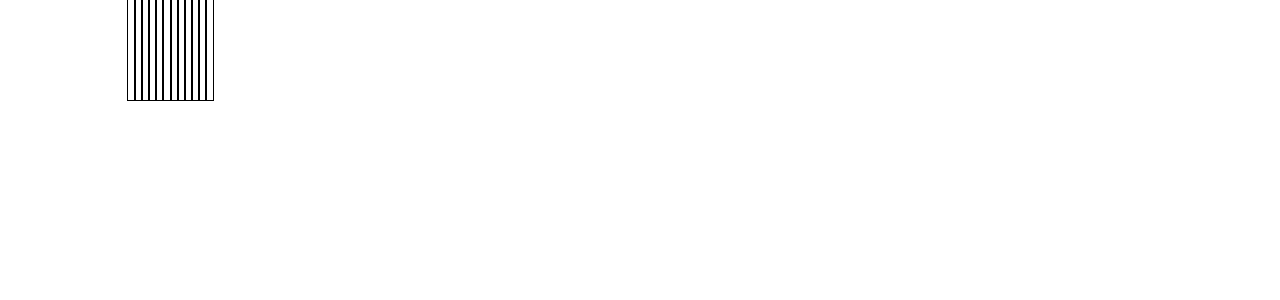
Repository: motiejus1/04-paskaita-praktine-uzduotis
Page: 2uzduotis.html
An editor plug-in stored every save of this project. The page is shown before and after the next save, followed by the edit.
The browser window is 1280 px wide. The pictures show the whole page.

Above is the page before, as saved 2021-06-05 14:58:18.

After the next save:
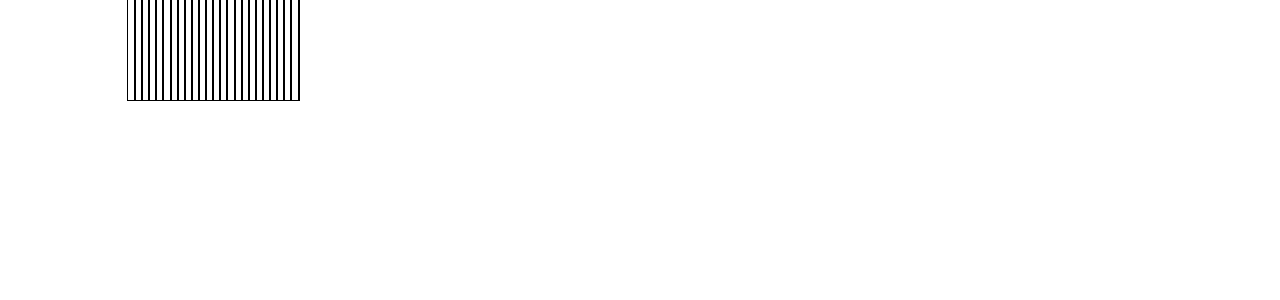
Saved 24 s later.
--- a/2uzduotis.html
+++ b/2uzduotis.html
@@ -37,5 +37,20 @@
         <div></div>
         <div></div>
     </div>
+
+    <div class="eilute">
+        <div></div>
+        <div></div>
+        <div></div>
+        <div></div>
+        <div></div>
+        <div></div>
+        <div></div>
+        <div></div>
+        <div></div>
+        <div></div>
+        <div></div>
+        <div></div>
+    </div>
 </body>
 </html>
